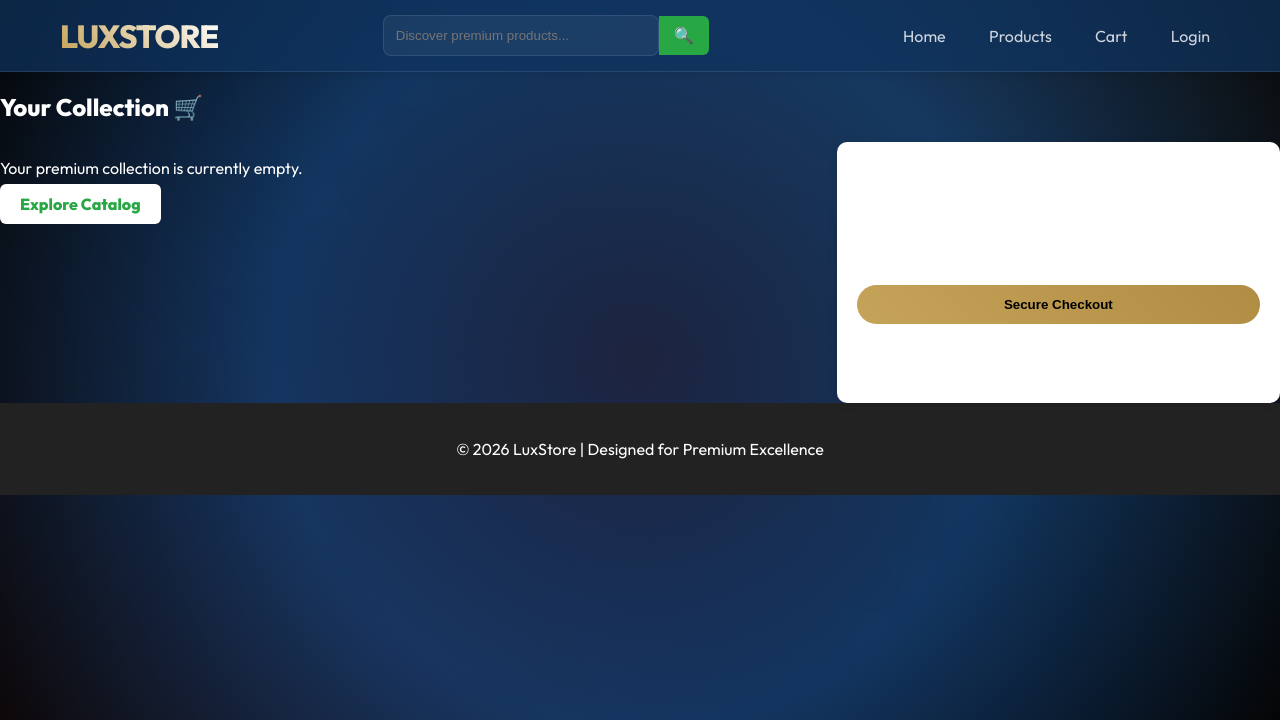
Repository: pradeepkumarh-17/Ecommerce
Page: http://localhost/EcomStore/cart
An editor plug-in stored every save of this project. The page is shown before and after the next save, followed by the edit.
The browser window is 1280 px wide. The pictures show the whole page.
Some web libraries are served in a nearby version. The page is served by Tomcat 10.

Above is the page before, as saved 2026-05-03 08:14:23.

After the next save:
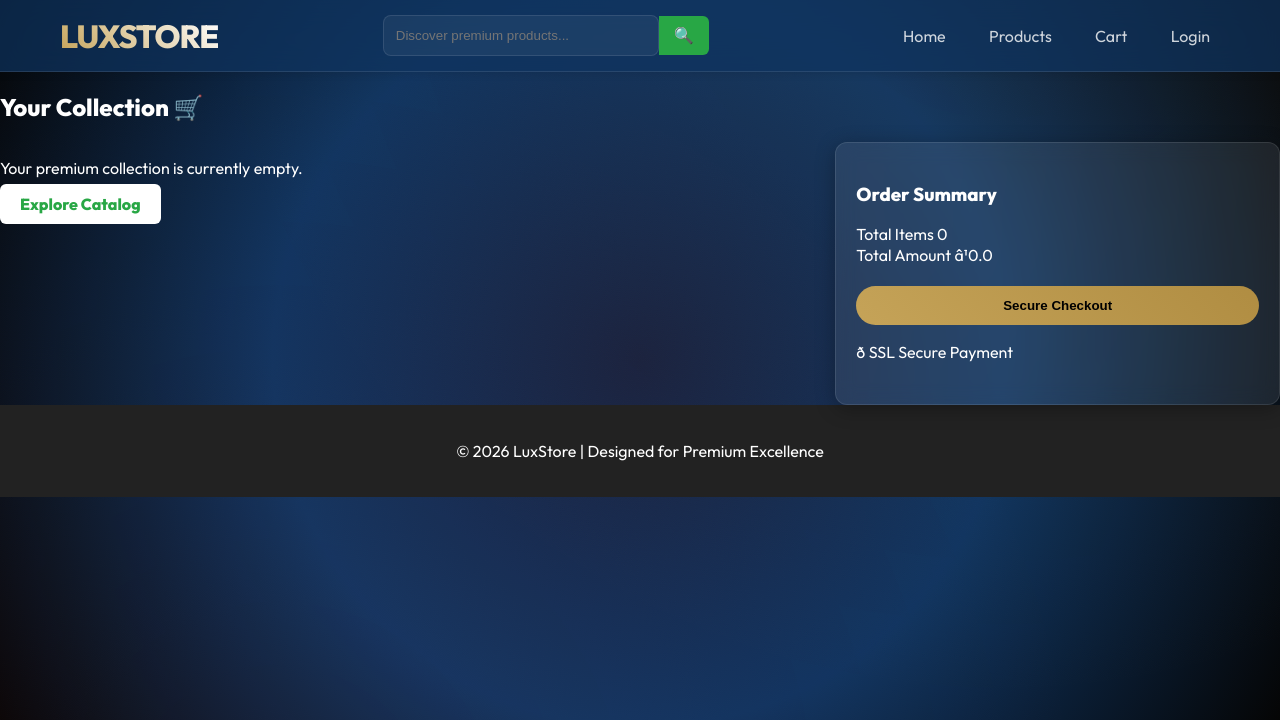
Saved 2 min 42 s later.
--- a/EcomStore/src/main/webapp/assets/css/cart.css
+++ b/EcomStore/src/main/webapp/assets/css/cart.css
@@ -1,7 +1,9 @@
 @charset "UTF-8";
 
+/* MAIN CONTAINER */
 .cart-container {
     padding: 30px;
+    color: #f1f1f1; /* 🔥 text visible on dark bg */
 }
 
 .cart-layout {
@@ -13,15 +15,21 @@
     flex: 2;
 }
 
+/* CART CARD */
 .cart-card {
     display: flex;
     align-items: center;
     gap: 20px;
-    background: white;
+
+    background: rgba(255, 255, 255, 0.08); /* 🔥 glass effect */
+    backdrop-filter: blur(10px);
+
     padding: 15px;
-    border-radius: 10px;
+    border-radius: 12px;
     margin-bottom: 15px;
-    box-shadow: 0 2px 8px rgba(0,0,0,0.1);
+
+    border: 1px solid rgba(255,255,255,0.1);
+    box-shadow: 0 4px 20px rgba(0,0,0,0.3);
 }
 
 .cart-card img {
@@ -29,47 +37,71 @@
     border-radius: 10px;
 }
 
+/* TEXT FIX */
 .cart-info h3 {
     margin: 0;
+    color: #ffffff; /* 🔥 visible */
 }
 
+/* PRICE */
 .price {
-    color: #28a745;
+    color: #00ff9d; /* 🔥 neon premium green */
     font-weight: bold;
 }
 
+/* REMOVE BUTTON */
 .remove-btn {
-    color: red;
+    color: #ff4d4d;
     text-decoration: none;
     font-size: 14px;
 }
 
+.remove-btn:hover {
+    text-decoration: underline;
+}
+
+/* SUBTOTAL */
 .subtotal {
     margin-left: auto;
     font-weight: bold;
+    color: #ffffff;
 }
 
 /* RIGHT SIDE */
 .cart-summary {
     flex: 1;
-    background: white;
+
+    background: rgba(255, 255, 255, 0.08); /* 🔥 same theme */
+    backdrop-filter: blur(10px);
+
     padding: 20px;
-    border-radius: 10px;
+    border-radius: 12px;
     height: fit-content;
-    box-shadow: 0 2px 8px rgba(0,0,0,0.1);
+
+    border: 1px solid rgba(255,255,255,0.1);
+    box-shadow: 0 4px 20px rgba(0,0,0,0.3);
+
+    color: #ffffff;
 }
 
+/* CHECKOUT BUTTON */
 .checkout-btn {
     width: 100%;
-    padding: 12px;
-    background: #28a745;
-    color: white;
+    padding: 14px;
+
+    background: linear-gradient(135deg, #c9a34e, #b8933c); /* 🔥 premium gold */
+    color: black;
+
     border: none;
-    border-radius: 6px;
+    border-radius: 30px;
     cursor: pointer;
     margin-top: 15px;
+
+    font-weight: bold;
+    transition: 0.3s;
 }
 
 .checkout-btn:hover {
-    background: #218838;
+    transform: scale(1.05);
+    box-shadow: 0 0 15px rgba(201,163,78,0.6);
 }
